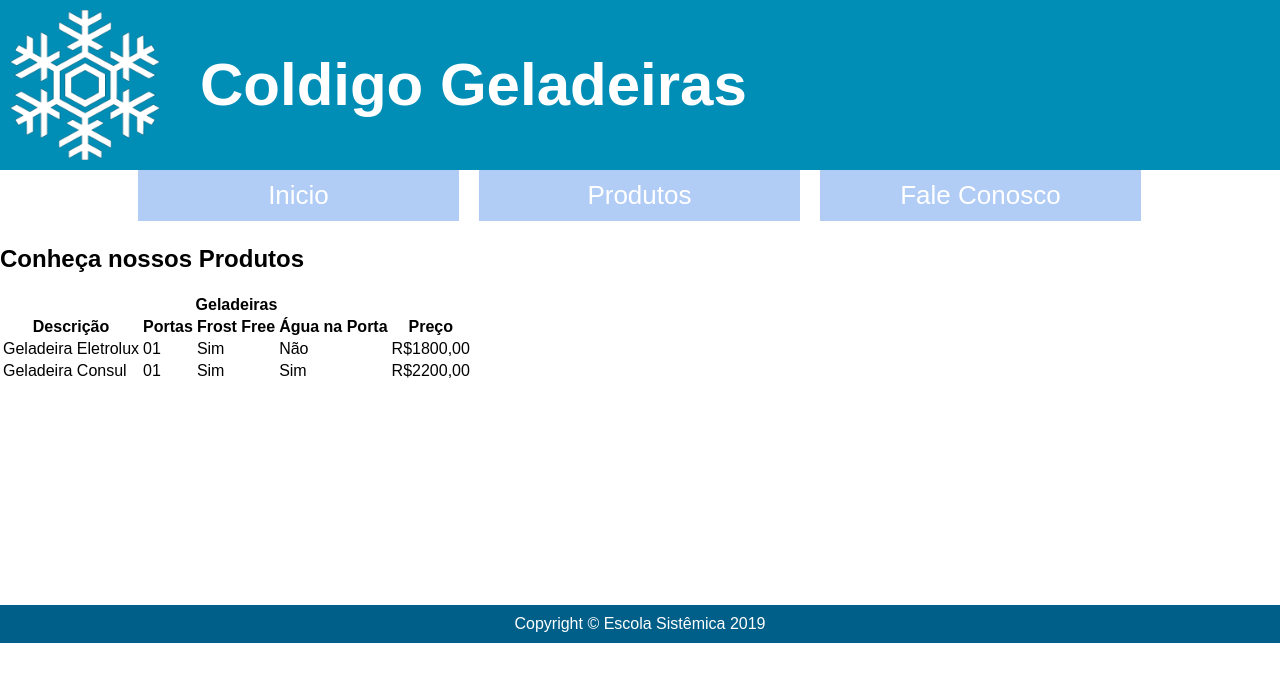
Repository: VandersonCani/Front-End
Page: ProjetoTrilhaWeb/src/main/webapp/WEB-INF/pages/site/produtos.html
These files come from the project's save history. The page is drawn as it stood at one moment and after the next save; the edit follows.
The browser window is 1280 px wide. The pictures show the whole page.

Above is the page before, as saved 2024-05-08 00:22:57.

After the next save:
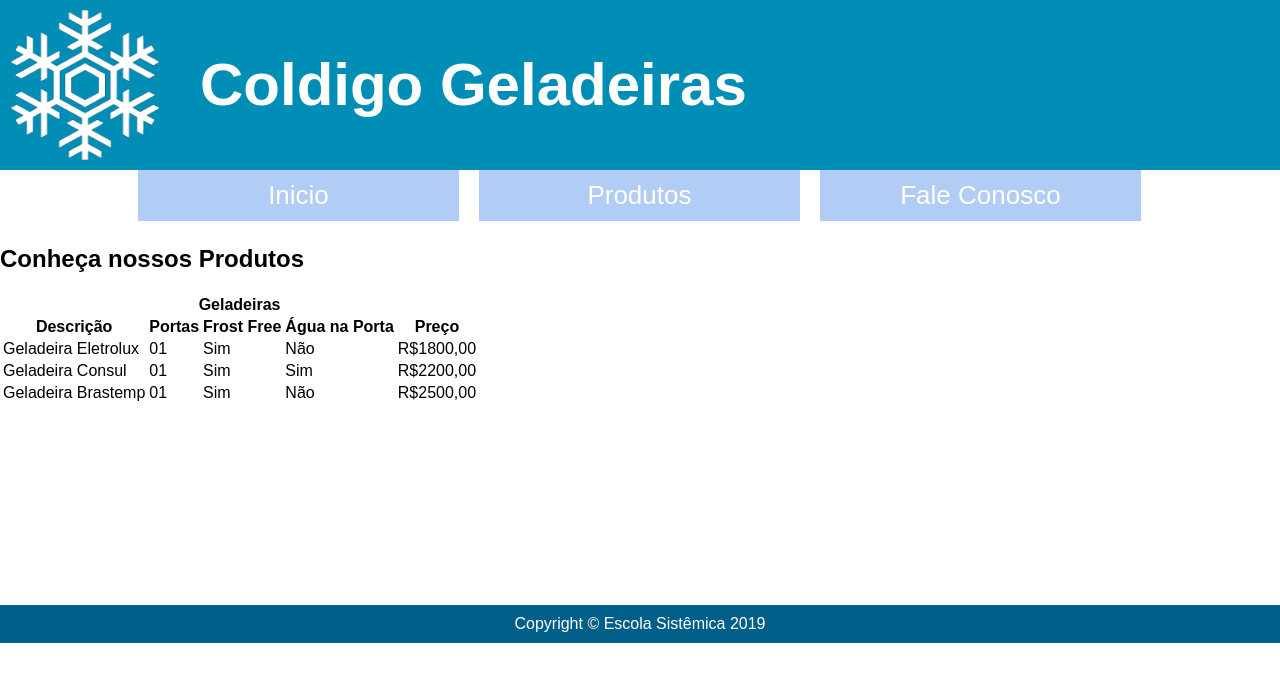
Saved 33 s later.
--- a/ProjetoTrilhaWeb/src/main/webapp/WEB-INF/pages/site/produtos.html
+++ b/ProjetoTrilhaWeb/src/main/webapp/WEB-INF/pages/site/produtos.html
@@ -43,13 +43,21 @@
 					<td>Não</td>
 					<td>R$1800,00</td>
 				</tr>
-								<tr>
+				<tr>
 					<td>Geladeira Consul</td>
 					<td>01</td>
 					<td>Sim</td>
 					<td>Sim</td>
 					<td>R$2200,00</td>
 				</tr>
+				<tr>
+					<td>Geladeira Brastemp</td>
+					<td>01</td>
+					<td>Sim</td>
+					<td>Não</td>
+					<td>R$2500,00</td>
+				</tr>
+
 			</tbody>
 		</table>
 	</section>
